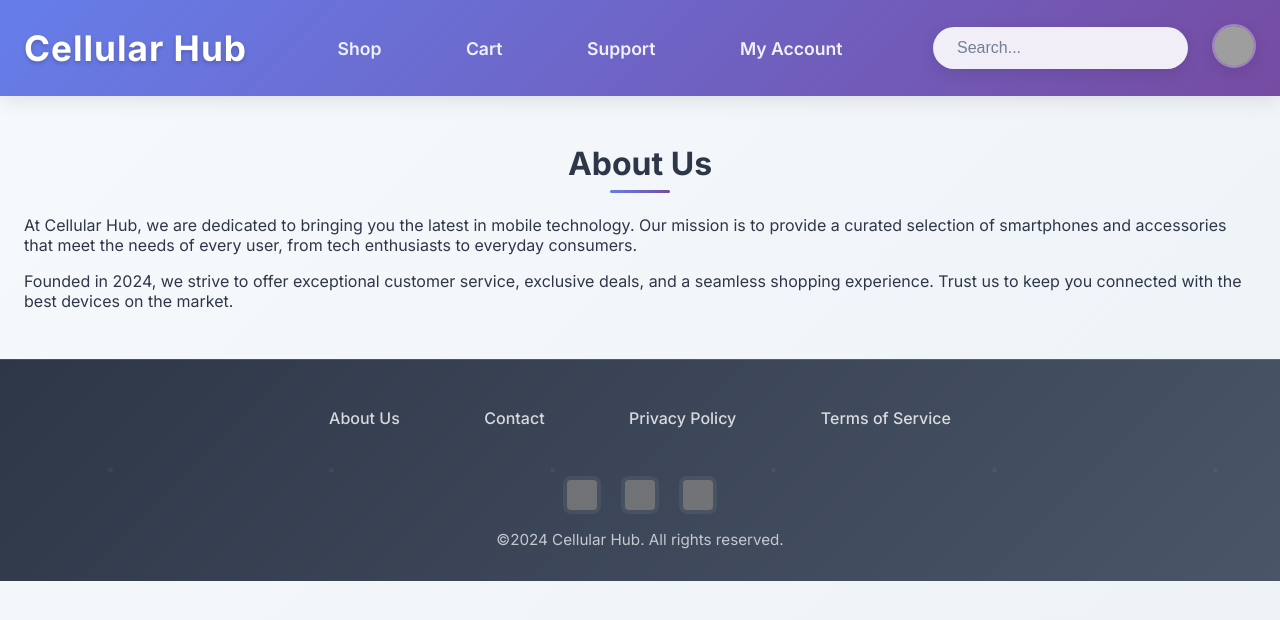
Repository: adrptrp/TP-2_kerja-sama
Page: about.html
An editor plug-in stored every save of this project. The page is shown before and after the next save, followed by the edit.
The browser window is 1280 px wide. The pictures show the whole page.
Pictures or frames that could not be fetched are drawn as grey boxes.

Above is the page before, as saved 2025-06-28 11:43:27.

After the next save:
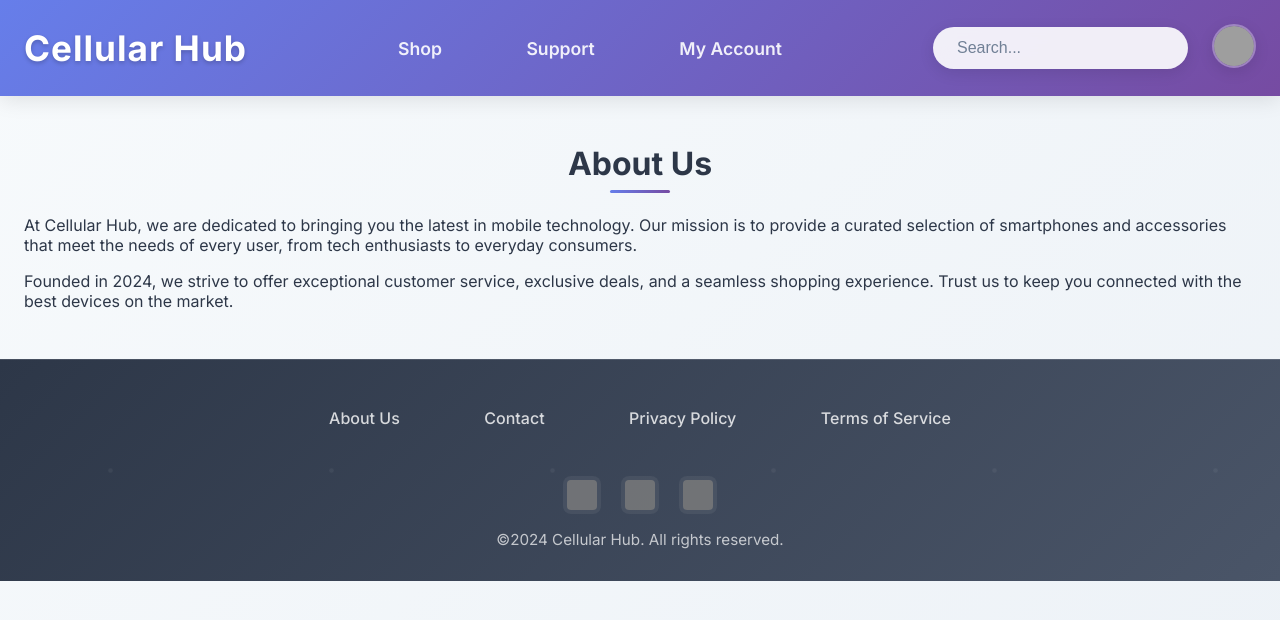
Saved 17 s later.
--- a/about.html
+++ b/about.html
@@ -14,7 +14,6 @@
       <div class="header__logo">Cellular Hub</div>
       <nav class="header__nav">
         <a href="shop.html">Shop</a>
-        <a href="cart.html">Cart</a>
         <a href="support.html">Support</a>
         <a href="myaccount.html">My Account</a>
       </nav>
